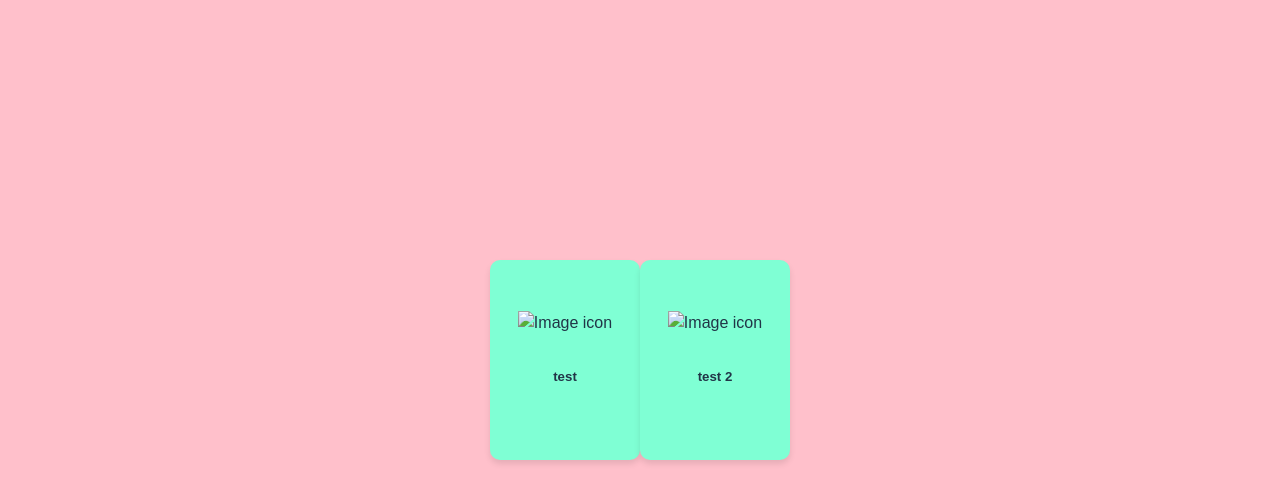
Repository: DaneJuswa/LearningReact
Page: / (app in reactProject/)
The author's editor kept a copy of each file at every save. The page is drawn from the files as they stood at one save, then again after the next save.
The browser window is 1280 px wide. The pictures show the whole page.
The project was rebuilt for these pictures with package versions that can differ from the ones it lists, and the page was loaded fresh each time. Also part of the build but not shown: reactProject/vite.config.js.

Above is the page before, as saved 2025-09-11 22:29:26.

After the next save:
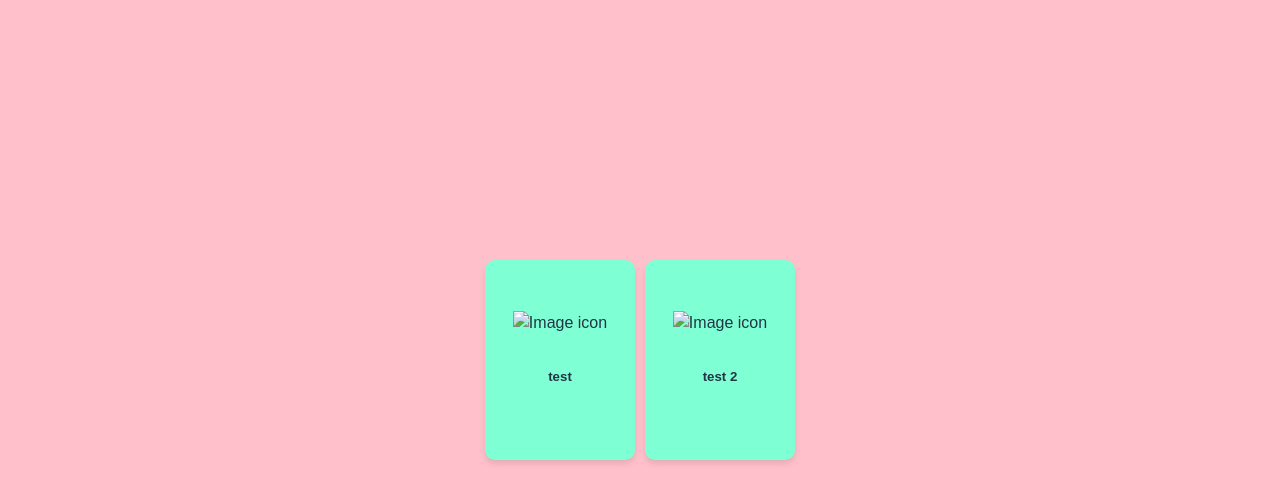
Saved 6 s later.
--- a/reactProject/src/App.css
+++ b/reactProject/src/App.css
@@ -2,6 +2,7 @@
   width: 100%;
   display: flex;
    flex-direction: row ;
+   column-gap: 10px;
   justify-content: center;
   align-items: center;
   min-height: 100vh; /* make sure it's vertically centered */
